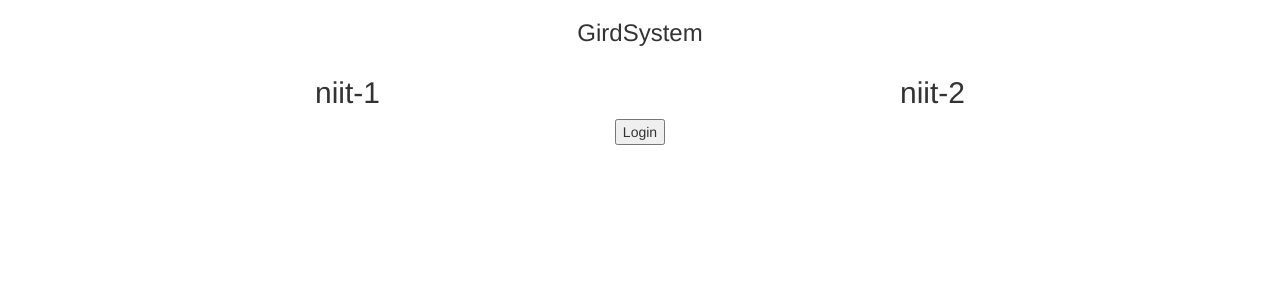
Repository: Karthi-Mano/AdvanceJavaPrograms
Page: http://localhost/BootStrapApp/header.jsp
The author's editor kept a copy of each file at every save. The page is drawn from the files as they stood at one save, then again after the next save.
The browser window is 1280 px wide. The pictures show the whole page.
The page is served by Tomcat 9.

Above is the page before, as saved 2018-03-28 07:09:10.

### BootStrapApp/WebContent/header.jsp
<%@ page language="java" contentType="text/html; charset=ISO-8859-1"
    pageEncoding="ISO-8859-1"%>
<!DOCTYPE html PUBLIC "-//W3C//DTD HTML 4.01 Transitional//EN" "http://www.w3.org/TR/html4/loose.dtd">
<html>
<head>
<meta http-equiv="Content-Type" content="text/html; charset=ISO-8859-1">
<title>Insert title here</title>
 <link rel="stylesheet" href="https://maxcdn.bootstrapcdn.com/bootstrap/3.3.7/css/bootstrap.min.css">
  <script src="https://ajax.googleapis.com/ajax/libs/jquery/3.3.1/jquery.min.js"></script>
  <script src="https://maxcdn.bootstrapcdn.com/bootstrap/3.3.7/js/bootstrap.min.js"></script>
</head>
<body>
<center>
<h3>GirdSystem</h3>
<div class="container">
  <div class="row">
   <div class="col-md-6">
    <h2>niit-1</h2>
   </div>
   <div class="col-md-6">
    <h2>niit-2</h2>
   </div>
  </div>
  <div class="row">
   <div class="col-md-12">
    <form>
     <input type="submit" value="Login">
    </form>
   </div>
  </div>
</div>
</center>
</body>
</html>

After the next save:
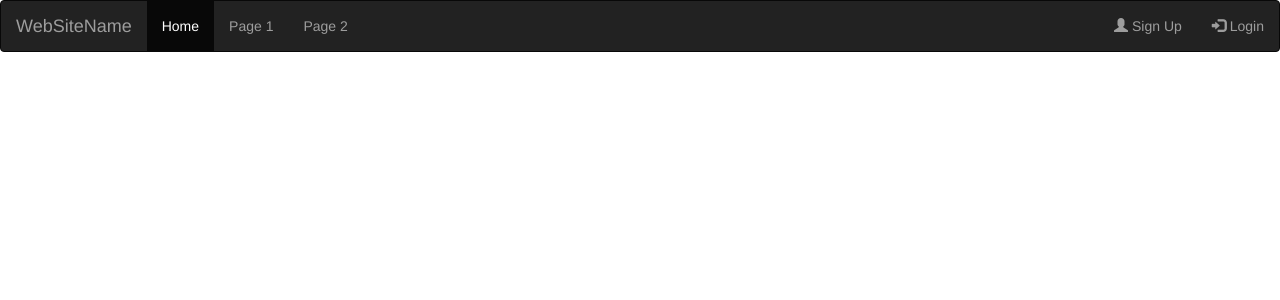
Saved 11 s later.
--- a/BootStrapApp/WebContent/header.jsp
+++ b/BootStrapApp/WebContent/header.jsp
@@ -10,25 +10,21 @@
   <script src="https://maxcdn.bootstrapcdn.com/bootstrap/3.3.7/js/bootstrap.min.js"></script>
 </head>
 <body>
-<center>
-<h3>GirdSystem</h3>
-<div class="container">
-  <div class="row">
-   <div class="col-md-6">
-    <h2>niit-1</h2>
-   </div>
-   <div class="col-md-6">
-    <h2>niit-2</h2>
-   </div>
+<nav class="navbar navbar-inverse">
+  <div class="container-fluid">
+    <div class="navbar-header">
+      <a class="navbar-brand" href="#">WebSiteName</a>
+    </div>
+    <ul class="nav navbar-nav">
+      <li class="active"><a href="#">Home</a></li>
+      <li><a href="#">Page 1</a></li>
+      <li><a href="#">Page 2</a></li>
+    </ul>
+    <ul class="nav navbar-nav navbar-right">
+      <li><a href="#"><span class="glyphicon glyphicon-user"></span> Sign Up</a></li>
+      <li><a href="#"><span class="glyphicon glyphicon-log-in"></span> Login</a></li>
+    </ul>
   </div>
-  <div class="row">
-   <div class="col-md-12">
-    <form>
-     <input type="submit" value="Login">
-    </form>
-   </div>
-  </div>
-</div>
-</center>
+</nav>
 </body>
 </html>
